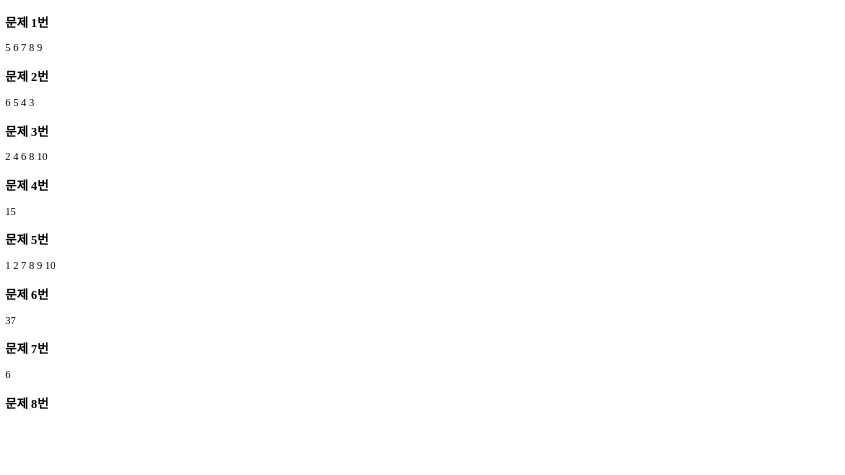
Repository: dadomin/2020JAVA
Page: http://localhost/20201damin/01_BasicJSP/ex04_문제.jsp
An editor plug-in stored every save of this project. The page is shown before and after the next save, followed by the edit.
The browser window is 1280 px wide. The pictures show the whole page, at 66% of full size.
The page is served by Tomcat 9.

Above is the page before, as saved 2020-06-03 12:34:26.

After the next save:
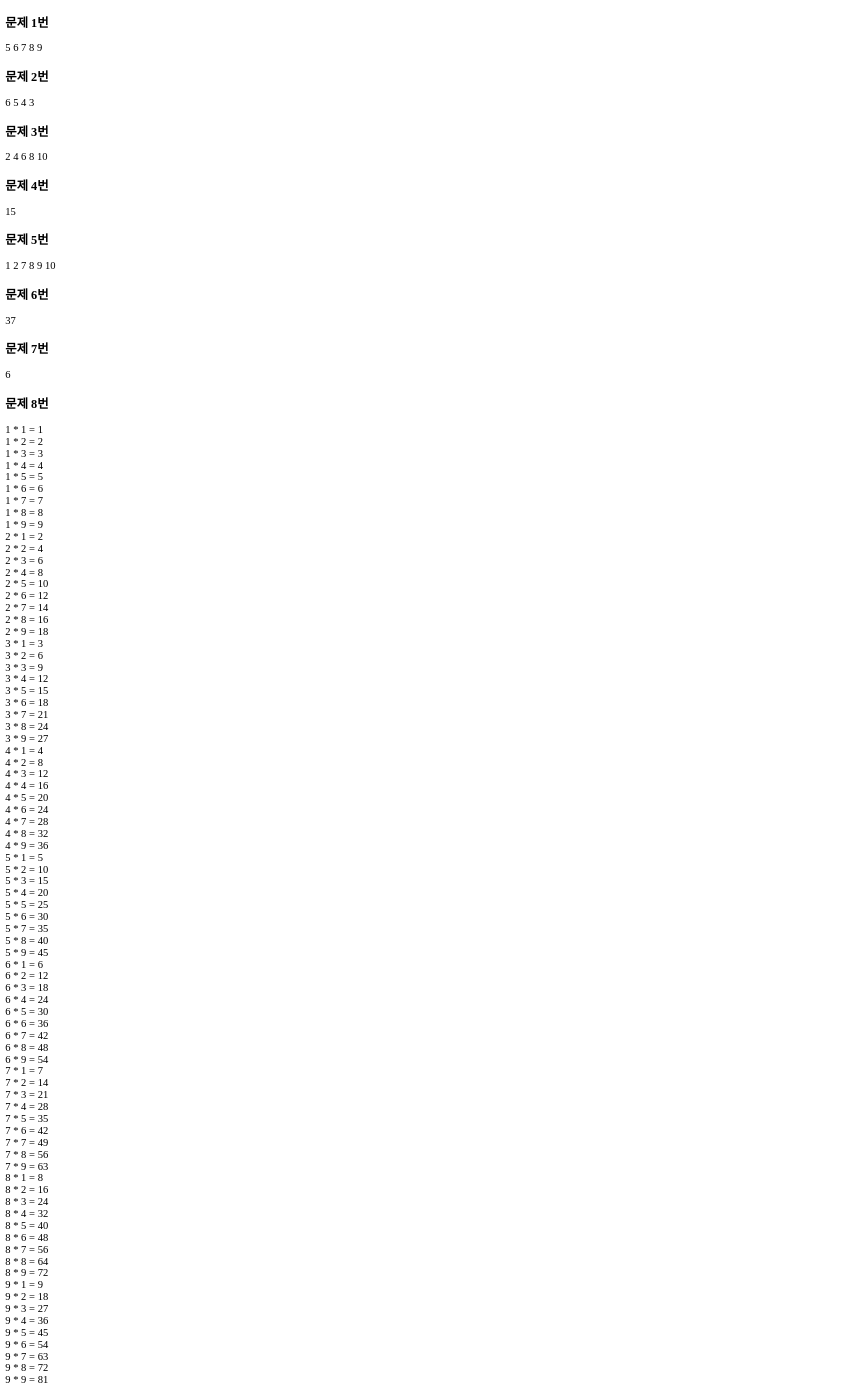
Saved 49 s later.
--- a/first semester/20201damin/WebContent/01_BasicJSP/ex04_문제.jsp
+++ b/first semester/20201damin/WebContent/01_BasicJSP/ex04_문제.jsp
@@ -131,7 +131,10 @@
 		  <%
 		  	for(int i = 1; i <= 9; i++){
 		  		for( int j = 1; j <= 9; j++ ){
-
+		  			%>
+		  			<%= i %> * <%= j %> = <%= i*j %>
+		  			<br>
+		  <%
 		  		}
 		  	}
 		  %>
